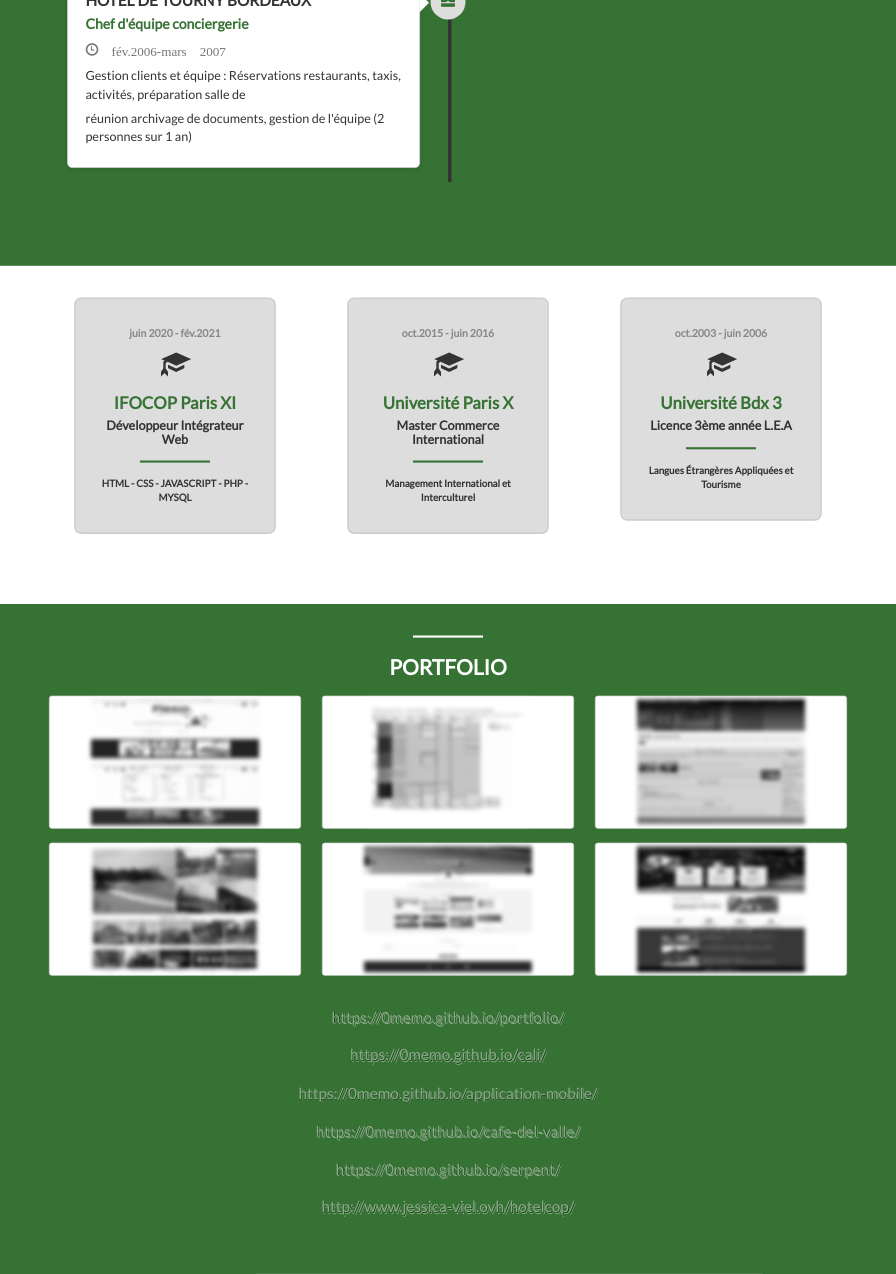
Repository: 0Memo/mon-cv
Page: index.html
These files come from the project's save history. The page is drawn as it stood at one moment and after the next save; the edit follows.
The browser window is 1280 px wide. The pictures show the part of the page from y = 3167 to 5087 px (the page is 4987 px tall before and 5087 px after), at 70% of full size.

Above is the page before, as saved 2020-12-29 15:27:07.

### index.html
<!DOCTYPE html>
<html lang="en">
    <head>
        <meta charset="UTF-8">
        <meta name="viewport" content="width=device-width, initial-scale=1.0">
        <meta name="description" content="Voici mon cv, vous pourrez découvrir mon parcours de formation, et mes expériences professionnelles">
        <meta name="author" content="Guillaume Mehats">
        <title>Mon CV</title>
        <link rel="preconnect" href="https://fonts.gstatic.com">
        <link href="https://fonts.googleapis.com/css2?family=Lato&display=swap" rel="stylesheet">
        <link rel="stylesheet" href="css/bootstrap.min.css">
        <link rel="stylesheet" href="css/styles.css">
        <link rel="shortcut icon" href="img/colombia.png">
    </head>
    <body>
        <section id="about" class="container-fluid">
            <div class="col-xs-8 col-md-4 profile-picture">
                <img src="img/photo.png" alt="Guillaume" class="rounded-circle">
            </div>
            <div class="heading">
                <h1>Salut, c'est moi Guillaume</h1>
                <h3>Développeur Web</h3>
                <a href="docs/CV_Guillaume_Mehats.pdf" class="button1">Télécharger CV</a>
            </div>
        </section>

        <section id="skills">
            <div class="green-divider">
            </div>
            <div class="heading">
                <h2>Compétences</h2>
            </div>
            <div class="container">
                <div class="row">
                    <div class="col-md-6">
                        <div class="progress">
                            <div class="progress-bar" role="progressbar" aria-valuenow="85" aria-valuemin="0" aria-valuemax="100" style="width:85%">
                                <h5>HTML 85%</h5>
                            </div>
                        </div>
                        <div class="progress">
                            <div class="progress-bar" role="progressbar" aria-valuenow="85" aria-valuemin="0" aria-valuemax="100" style="width:85%">
                                <h5>CSS 85%</h5>
                            </div>
                        </div>
                        <div class="progress">
                            <div class="progress-bar" role="progressbar" aria-valuenow="90" aria-valuemin="0" aria-valuemax="100" style="width:90%">
                                <h5>JAVASCRIPT 90%</h5>
                            </div>
                        </div>
                    </div>
                    <div class="col-md-6">
                        <div class="progress">
                            <div class="progress-bar" role="progressbar" aria-valuenow="85" aria-valuemin="0" aria-valuemax="100" style="width:85%">
                                <h5>JQUERY 85%</h5>
                            </div>
                        </div>
                        <div class="progress">
                            <div class="progress-bar" role="progressbar" aria-valuenow="80" aria-valuemin="0" aria-valuemax="100" style="width:80%">
                                <h5>BOOTSTRAP 80%</h5>
                            </div>
                        </div>
                        <div class="progress">
                            <div class="progress-bar" role="progressbar" aria-valuenow="75" aria-valuemin="0" aria-valuemax="100" style="width:75%">
                                <h5>SASS 75%</h5>
                            </div>
                        </div>
                    </div>
                </div>
            </div>
        </section>

        <section id="experience">
            <div class="container">
                <div class="white-divider"></div>
                <div class="heading">
                    <h2>Expérience professionnelle</h2>
                </div>
                <ul class="timeline">
                    <li>
                        <div class="timeline-badge"><span class="glyphicon glyphicon-briefcase"></span></div>
                        <div class="timeline-panel-container">
                            <div class="timeline-panel">
                                <div class="timeline-heading">
                                    <h3>Lycée<span class="experience-place"> Amboise</span></h3>
                                    <h4>Professeur d'espagnol</h4>
                                    <p class="text-muted"><small class="glyphicon glyphicon-time"> déc.2019-août 2020</small></p>
                                </div>
                                <div class="timeline-body">
                                    <p>Préparation de cours d'espagnol: Création de séquences de cours et ajouts culturels</p>
                                    <p>Animation de cours collectifs et de groupes: Cours de 2nde, 1ère et Terminale</p>
                                    <p>gestion des classes (7 classes de 26 à 30 élèves chacune)</p>
                                    <p>Surveillance et correction d'examens: Examens nationaux (E3C) et examens en classe</p>
                                </div>
                                <div class="timeline-footer"></div>
                            </div>
                        </div>
                    </li>
                    <li>
                        <div class="timeline-badge"><span class="glyphicon glyphicon-briefcase"></span></div>
                        <div class="timeline-panel-container-inverted">
                            <div class="timeline-panel">
                                <div class="timeline-heading">
                                    <h3>Langaj<span class="experience-place"> Paris</span></h3>
                                    <h4>Coordinateur de formation</h4>
                                    <p class="text-muted"><small class="glyphicon glyphicon-time"> jan.2016-nov.2018</small></p>
                                </div>
                                <div class="timeline-body">
                                    <p>Planification des formations : Programmation, reprogrammation et optimisation des sessions de formation</p>
                                    <p>Validations, annulations, reports de session. Surveillance d'examens : TOEIC, Bulats. Contact professeurs-stagiaires</p>
                                    <p>Suivi d'activité : Création d'indicateurs de suivi (ex: taux d'avancement formation, utilisation ressources, ...)</p>
                                    <p>rapport anomalies et propositions de plans d'action au comité de direction. Gestion de l'équipe (2 personnes sur 2 ans)</p>
                                    <p>Développement d'outils de suivi et de production automatisés Utilisation de Scribble Maps, Google Apps Script</p>
                                    <p>Macros, Google Sheet, Excel, Word. Langues de travail: français, anglais, espagnol, italien, allemand, suédois, portugais</p>
                                </div>
                                <div class="timeline-footer"></div>
                            </div>
                        </div>
                    </li>
                    <li>
                        <div class="timeline-badge"><span class="glyphicon glyphicon-briefcase"></span></div>
                        <div class="timeline-panel-container">
                            <div class="timeline-panel">
                                <div class="timeline-heading">
                                    <h3>Regus<span class="experience-place"> Paris </span><img class="regus" src="img/regus.png" alt="Regus"></h3>
                                    <h4>Chargé relations clients</h4>
                                    <p class="text-muted"><small class="glyphicon glyphicon-time"> avr.2010-déc.2015</small></p>
                                </div>
                                <div class="timeline-body">
                                    <p>Suivi d'activités : Reporting d'activité, suivi et mise à jour des procédures du siège, gestion conflits et satisfaction</p>
                                    <p>clients, suivi des impayés clients-fournisseurs, gestion de la balance âgée. Promotion interne: Gestion et formation</p>
                                    <p>de l'équipe d'accueil (5 personnes sur 3 ans). Langues de travail: français, anglais, rousection, hébreu, italien</p>
                                    <p>Logistique : Gestion des stocks, commandes et salles, archivage</p>
                                </div>
                                <div class="timeline-footer"></div>
                            </div>
                        </div>
                    </li>
                    <li>
                        <div class="timeline-badge"><span class="glyphicon glyphicon-briefcase"></span></div>
                        <div class="timeline-panel-container-inverted">
                            <div class="timeline-panel">
                                <div class="timeline-heading">
                                    <h3>Disneyland Paris <img class="mickey" src="img/mickey-mouse.png" alt="Mickey Mouse"></h3>

                                    <h4>Conseiller clientèle multilingue</h4>
                                    <p class="text-muted"><small class="glyphicon glyphicon-time"> avr.2007-avr.2010</small></p>
                                </div>
                                <div class="timeline-body">
                                    <p>Gestion des demandes internationales : Langues de travail: français, anglais, espagnol, roumain, hébreu</p>
                                    <p>italien, portugais (traduction simultanées pour les urgences médicales, réservations restaurants</p>
                                    <p>et taxis, conseils sur les activités). Gestion de l'équipe (3 personnes sur 3 ans)</p>
                                </div>
                                <div class="timeline-footer"></div>
                            </div>
                        </div>
                    </li>
                    <li>
                        <div class="timeline-badge"><span class="glyphicon glyphicon-briefcase"></span></div>
                        <div class="timeline-panel-container">
                            <div class="timeline-panel">
                                <div class="timeline-heading">
                                    <h3>Hôtel de Tourny<span class="experience-place"> Bordeaux</span></h3>
                                    <h4>Chef d'équipe conciergerie</h4>
                                    <p class="text-muted"><small class="glyphicon glyphicon-time"> fév.2006-mars 2007</small></p>
                                </div>
                                <div class="timeline-body">
                                    <p>Gestion clients et équipe : Réservations restaurants, taxis, activités, préparation salle de</p>
                                    <p>réunion archivage de documents, gestion de l'équipe (2 personnes sur 1 an)</p>
                                </div>
                                <div class="timeline-footer"></div>
                            </div>
                        </div>
                    </li>
                </ul>
            </div>
        </section>

        <section id="education">
            <div class="container">
                <div class="row">
                    <div class="col-sm-4">
                        <div class="education-block">
                            <h5>juin 2020 - fév.2021</h5>
                            <span class="glyphicon glyphicon-education"></span>
                            <h3>IFOCOP Paris XI</h3>
                            <h4>Développeur Intégrateur Web</h4>
                            <div class="green-divider"></div>
                            <p>HTML - CSS - JAVASCRIPT - PHP - MYSQL</p>
                        </div>
                    </div>
                    <div class="col-sm-4">
                        <div class="education-block">
                            <h5>oct.2015 - juin 2016</h5>
                            <span class="glyphicon glyphicon-education"></span>
                            <h3>Université Paris X</h3>
                            <h4>Master Commerce International</h4>
                            <div class="green-divider"></div>
                            <p>Management International et Interculturel</p>
                        </div>
                    </div>
                    <div class="col-sm-4">
                        <div class="education-block">
                            <h5>oct.2003 - juin 2006</h5>
                            <span class="glyphicon glyphicon-education"></span>
                            <h3>Université Bdx 3</h3>
                            <h4>Licence 3ème année L.E.A</h4>
                            <div class="green-divider"></div>
                            <p>Langues Étrangères Appliquées et Tourisme</p>
                        </div>
                    </div>
                </div>
            </div>
        </section>

        <section id="portfolio">
            <div class="container">
                <div class="white-divider">
                </div>
                <div class="heading">
                    <h2>Portfolio</h2>
                </div>
                <div class="row">
                    <div class="col-sm-4">
                        <a class="thumbnail" href="img/pleezz.jpg" target="_blank" alt="projet">
                            <img src="img/pleezz.jpg">
                        </a>
                    </div>
                    <div class="col-sm-4">
                        <a class="thumbnail" href="img/formules.jpg" target="_blank" alt="projet">
                            <img src="img/formules.jpg">
                        </a>
                    </div>
                    <div class="col-sm-4">
                        <a class="thumbnail" href="img/restaurante.jpg" target="_blank" alt="projet">
                            <img src="img/restaurante.jpg">
                        </a>
                    </div>
                </div>
                <div class="row">
                    <div class="col-sm-4">
                        <a class="thumbnail" href="img/gallerie.jpg" target="_blank" alt="projet">
                            <img src="img/gallerie.jpg">
                        </a>
                    </div>
                    <div class="col-sm-4">
                        <a class="thumbnail" href="img/proyecto.jpg" target="_blank" alt="projet">
                            <img src="img/proyecto.jpg">
                        </a>
                    </div>
                    <div class="col-sm-4">
                        <a class="thumbnail" href="img/cali_page.jpg" target="_blank" alt="projet">
                        <img src="img/cali_page.jpg">
                        </a>
                    </div>
                </div>
                <div class="link">
                    <a href="https://0memo.github.io/portfolio/" title="mon portfolio" class="portfolio_page" target="_blank">https://0memo.github.io/portfolio/</a>
                </div>
                <div class="link">
                    <a href="https://0memo.github.io/cali/" title="Cali" class="cali" target="_blank">https://0memo.github.io/cali/</a>
                </div>
                <div class="link">
                    <a href="https://0memo.github.io/application-mobile/" title="application mobile" class="application-mobile" target="_blank">https://0memo.github.io/application-mobile/</a>
                </div>
                <div class="link">
                    <a href="https://0memo.github.io/cafe-del-valle/" title="cafe del valle" class="cafe_del_valle" target="_blank">https://0memo.github.io/cafe-del-valle/</a>
                </div>
                <div class="link">
                    <a href="https://0memo.github.io/serpent/" title="jeu du serpent" class="serpent" target="_blank">https://0memo.github.io/serpent/</a>
                </div>
                <div class="link">
                    <a href="https://www.jessica-viel.ovh/hotelcop/" title="projet HôtelCop" class="hotelCop" target="_blank">http://www.jessica-viel.ovh/hotelcop/</a>
                </div>
            </div>


        </section>

        <script src="js/jquery-3.5.1.min.js"></script>
        <script src="https://cdn.jsdelivr.net/npm/popper.js@1.16.0/dist/umd/popper.min.js" integrity="sha384-Q6E9RHvbIyZFJoft+2mJbHaEWldlvI9IOYy5n3zV9zzTtmI3UksdQRVvoxMfooAo" crossorigin="anonymous"></script>
        <script src="js/bootstrap.min.js"></script>
        <script src="js/script.js"></script>
    </body>
</html>

### css/styles.css
:root {
    --color: #367234;
}

body {
    font-family: 'Lato', sans-serif;
}

h1, h2, h3, h4, h5, h6 {
    font-weight: bold;
}


.profile-picture {
    text-align: center;
    margin: 0 auto;
    float: none;
}

section {
    padding: 45px 0 80px 0;
}

#about {
    padding-top: 100px;
    background: var(--color);
}
#about img {
    max-width: 100%;
    height: auto;
    border: 2px solid gold;
    background: #fff;
    border-radius: 50%;
}

#about  .heading {
    padding-top: 10px;
    text-align: center;
    padding-bottom: 40px;
}

#about .heading h1 {
    color: #fff;
    text-transform: uppercase;
}

#about .heading h3 {
    color: #000;
    font-size: 24px;
}

#about .heading .button1 {
    color: #fff;
    font-weight: bold;
    font-size: 16px;
    text-transform: uppercase;
    border: 1px solid #fff;
    margin-top: 20px;
    display: inline-block;
    padding: 18px 50px;
    border-radius: 3px;
    transition: all 0.3s ease-in 0s;
}

#about .heading .button1:hover {
    text-decoration: none;
    background: #fff;
    color: var(--color);
}

#skills, #education {
    background: #fff;
}

#skills .green-divider {
    width: 100px;
    height: 3px;
    background: var(--color);
    margin: 0 auto;
}

#skills .heading h2{
    color: var(--color);
    text-align: center;
    text-transform: uppercase;
    margin: 25px;
}

#skills .progress {
    height: 50px;
    background: #ddd;
}

#skills .progress:last-child {
    margin: 0 20px;
}

#skills .progress:not(:last-child) {
    margin: 15px 20px;

}

#skills .progress .progress-bar {
    background: var(--color);
}


#skills .progress .progress-bar h5 {
    text-shadow: 1px 1px 1px #000;
    font-size: 18px;
    line-height: 18px;
}

#experience, #portfolio {
    background: var(--color);
}

#experience .white-divider, #portfolio .white-divider {
    width: 100px;
    height: 3px;
    background: #fff;
    margin: 0 auto;
}

#experience .heading h2, #portfolio .heading h2 {
    color: #fff;
    text-align: center;
    text-transform: uppercase;
    margin: 25px;
}

#experience .container .timeline {
    list-style: none;
    padding: 30px 10px;
    position: relative;
}

#experience .container .timeline::before {
    content: " ";
    top: 10px;
    bottom: 30px;
    left: 50%;
    margin-left: -2,5px;
    width: 5px;
    background: #333;
    position: absolute;
}

#experience .container .timeline > li {
    margin-bottom: 20px;
    position: relative;
}

#experience .container .timeline > li::after {
    clear: both;
}

#experience .container .timeline > li::before, #experience .container .timeline > li::after {
    content: " ";
    display: table;
}

#experience .container .timeline li .timeline-badge {
    color: var(--color);
    width: 50px;
    line-height: 50px;
    font-size: 20px;
    text-align: center;
    position: absolute;
    top: 16px;
    left: 50%;
    margin-left: -25px;
    background-color: #ddd;
    border-radius: 50%;
}

#experience .container .timeline li .timeline-panel-container {
    width: 50%;
    float: left;
}

#experience .container .timeline li .timeline-panel-container-inverted {
    width: 50%;
    float: right;
}

#experience .container .timeline li .timeline-panel-container .timeline-panel {
    width: 90%;
    float: right;
    border: 1px solid #d4d4d4;
    border-radius: 7px;
    padding: 20px 25px;
    position: relative;
    background: #fff;
    box-shadow: 0 1px 6px rgba(0, 0, 0, .175);
    margin-right: 40px;
}

#experience .container .timeline li .timeline-panel-container-inverted .timeline-panel {
    width: 90%;
    float: left;
    border: 1px solid #d4d4d4;
    border-radius: 7px;
    padding: 20px 25px;
    position: relative;
    background: #fff;
    box-shadow: 0 1px 6px rgba(0, 0, 0, .175);
    margin-left: 40px;
}

#experience .container .timeline li .timeline-panel-container .timeline-panel::after {
    position: absolute;
    top: 27px;
    right: -14px;
    display: inline-block;
    border-top: 14px solid transparent;
    border-left: 14px solid #fff;
    border-right: 0 solid #fff;
    border-bottom: 14px solid transparent;
    content: " ";
}

#experience .container .timeline li .timeline-panel-container-inverted .timeline-panel::after {
    position: absolute;
    top: 27px;
    left: -14px;
    display: inline-block;
    border-top: 14px solid transparent;
    border-left: 0 solid #fff;
    border-right: 14px solid #fff;
    border-bottom: 14px solid transparent;
    content: " ";
}

#experience .container .timeline li .timeline-panel-container .timeline-panel .timeline-heading h3, #experience .container .timeline li .timeline-panel-container-inverted .timeline-panel .timeline-heading h3 {
    margin-top: 5px;
    font-size: 22px;
    text-transform: uppercase;
}

#experience .container .timeline li .timeline-panel-container .timeline-panel .timeline-heading h4, #experience .container .timeline li .timeline-panel-container-inverted .timeline-panel .timeline-heading h4 {
    color: var(--color);
    font-size: 20px;
}

#experience .container .timeline li .timeline-panel-container .timeline-panel .timeline-heading p.text-muted, #experience .container .timeline li .timeline-panel-container-inverted .timeline-panel .timeline-heading p.text-muted {
    font-size: 22px;
}

#experience .container .timeline li .timeline-panel-container .timeline-panel .timeline-body p, #experience .container .timeline li .timeline-panel-container-inverted .timeline-panel .timeline-body p {
    font-size: 18px;
}

.regus, .mickey {
    width: 35px;
    border: none;
}

#education .container .row .col-sm-4 .education-block {
    width: 80%;
    margin: 0 auto;
    text-align: center;
    padding: 30px;
    background: #ddd;
    border-radius: 10px;
    border: 2px solid #ccc;
    margin-bottom: 20px;
}

#education .container .row .col-sm-4 .education-block h5 {
    color: #888;
    font-size: 15px;
    margin-bottom: 15px;
}

#education .container .row .col-sm-4 .education-block span {
    font-size: 40px;
}

#education .container .row .col-sm-4 .education-block h3 {
    color: var(--color);
}

#education .container .row .col-sm-4 .education-block h4 {
    margin-bottom: 20px;
}

#education .container .row .col-sm-4 .education-block .green-divider {
    width: 100px;
    height: 3px;
    background: var(--color);
    margin: 0 auto;
}

#education .container .row .col-sm-4 .education-block p {
    margin-top: 20px;
    font-weight: bold;
}

#portfolio .container .row .col-sm-4 a {
    margin-bottom: 20px;
}

#portfolio .container .row .col-sm-4 a img{
    height: 180px;
    width: 240px;
    transition: all .3s ease-in 0s;
}

#portfolio .container .row .col-sm-4 img:hover {
    transform: scale(1.3);
    z-index: 2;
}

#portfolio .container .row .col-sm-4 img:not(:hover) {
    filter: blur(3px) grayscale(1) !important;
}

#portfolio .link a {
    display: block;
    margin-top: 2%;
    color: #fff;
    font-size: 22px;
    text-align: center;
    opacity: 0.4;
    transition: 2s;
    text-shadow: black .05em .05em 0,
    white .08em .08em 0;
}


#portfolio .link a:hover {
    text-decoration: none;
    opacity: 1;
    color: rgb(255, 251, 251);
}

Loaded but not shown: css/bootstrap.min.css (library); js/jquery-3.5.1.min.js (library); js/bootstrap.min.js (library); js/script.js (no copy from this time; the picture is the same without it)

After the next save:
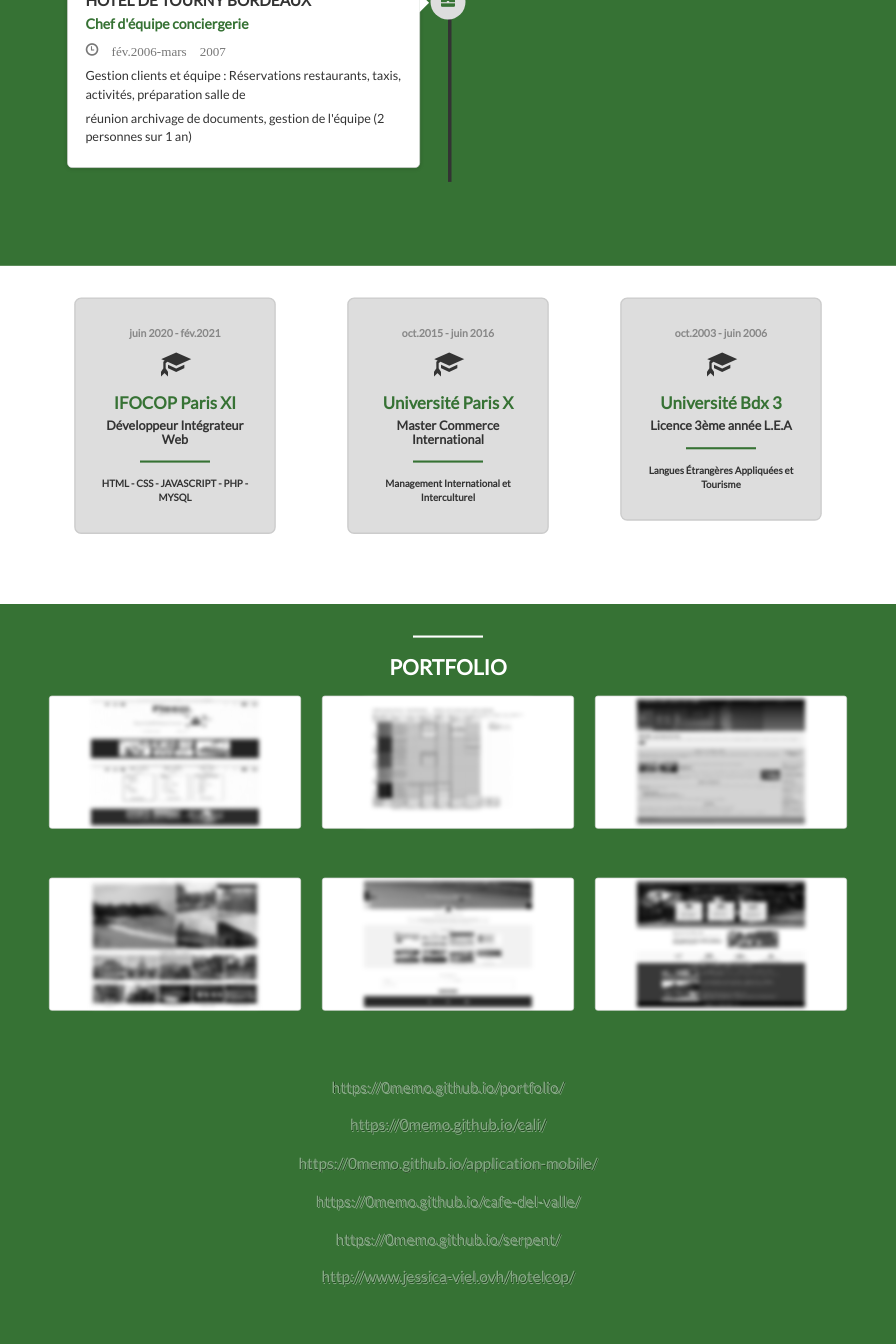
Saved 5 s later.
--- a/css/styles.css
+++ b/css/styles.css
@@ -298,7 +298,7 @@ section {
 }
 
 #portfolio .container .row .col-sm-4 a {
-    margin-bottom: 20px;
+    margin-bottom: 70px;
 }
 
 #portfolio .container .row .col-sm-4 a img{
